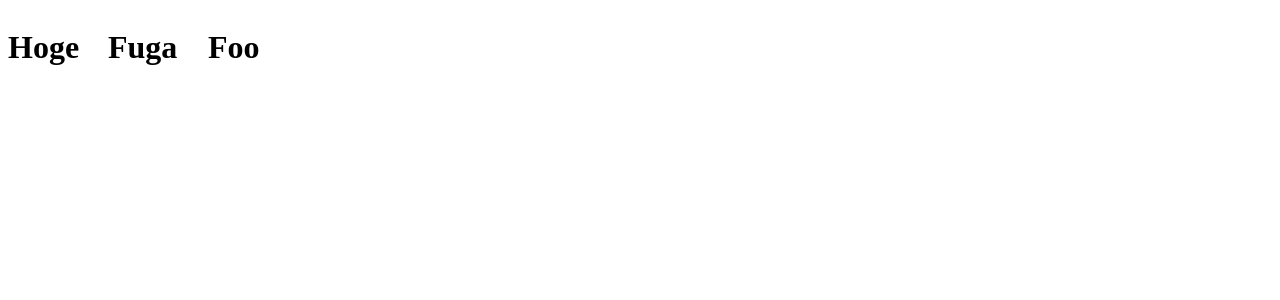
Repository: Yuuki-JP/samurai_HTML-CSS
Page: index.html
The author's editor kept a record of every edit. The page is drawn from the files as they stood at one moment, then again after the next edit.
The browser window is 1280 px wide. The pictures show the whole page.

Above is the page before.

### index.html
<!DOCTYPE HTML>
<html lang="ja">
    <head>
        <style>
            #grid {
                display: grid;
                grid-template-columns: 100px 100px 100px
            }
        </style>
    </head>
    <body>
        <div id="grid">
            <h1>Hoge</h1>
            <h1>Fuga</h1>
            <h1>Foo</h1>
           <!-- <h1>Bar</h1> -->
        </div>
    </body>
</html>

After the next edit:
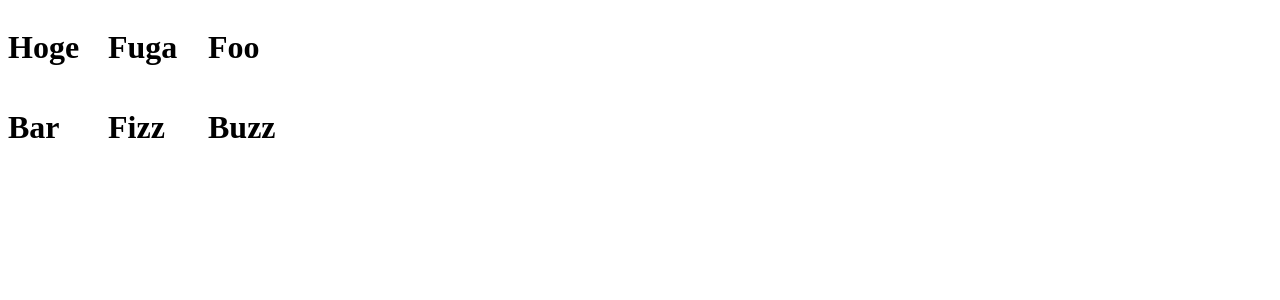
The edit:
--- a/index.html
+++ b/index.html
@@ -13,7 +13,9 @@
             <h1>Hoge</h1>
             <h1>Fuga</h1>
             <h1>Foo</h1>
-           <!-- <h1>Bar</h1> -->
+            <h1>Bar</h1>
+            <h1>Fizz</h1>
+            <h1>Buzz</h1>
         </div>
     </body>
 </html>
